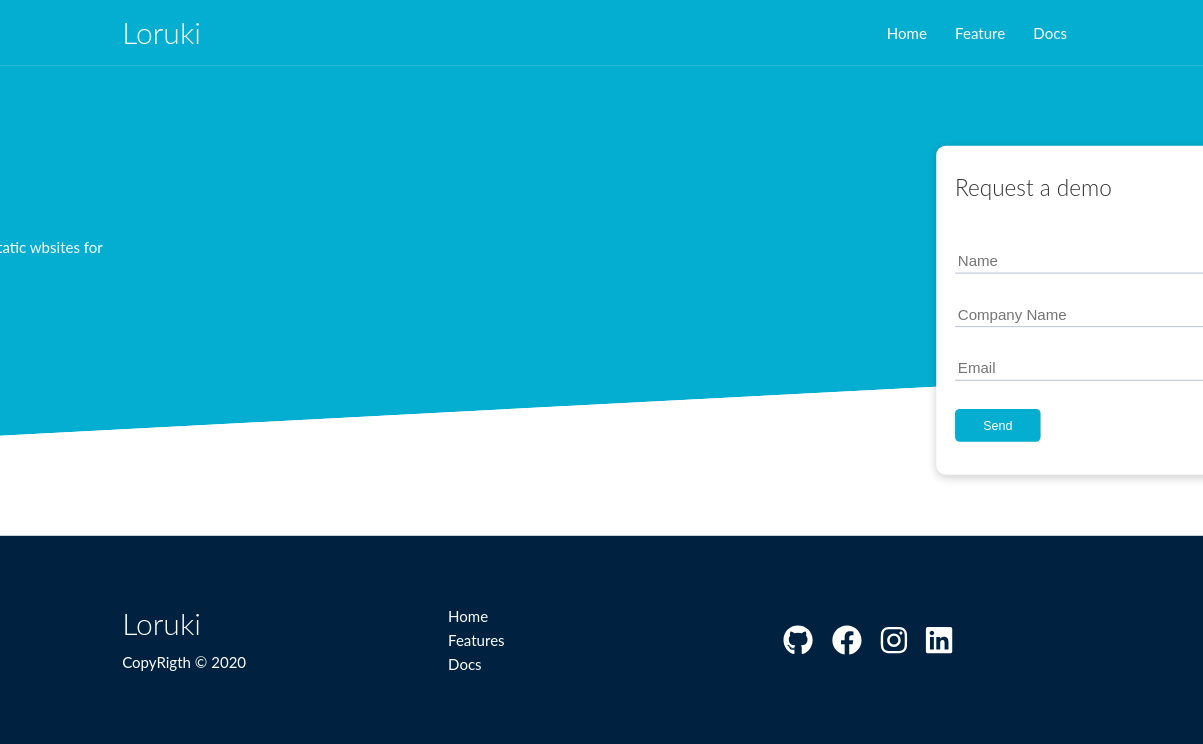
Repository: MosiurRrahman/loruki-app-reactjs
Page: /
The author's editor kept a copy of each file at every save. The page is drawn from the files as they stood at one save, then again after the next save.
The browser window is 1280 px wide. The pictures show the whole page, at 94% of full size.
The project was rebuilt for these pictures with package versions that can differ from the ones it lists, and the page was loaded fresh each time. Also part of the build but not shown: src/components/app.jsx.

Above is the page before, as saved 2021-10-05 16:56:23.

After the next save:
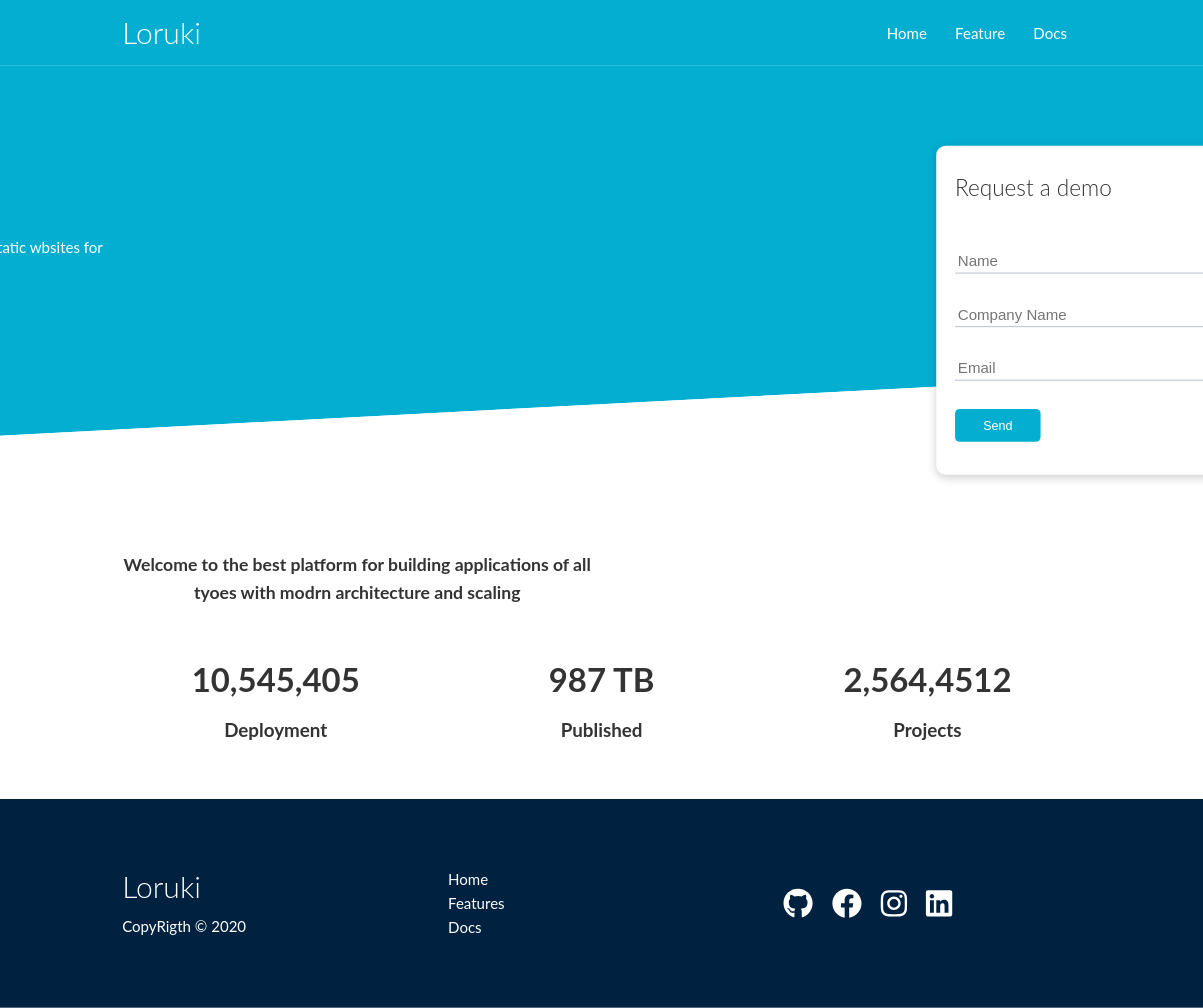
Saved 113 s later.
--- a/src/components/pages/home/Status.js
+++ b/src/components/pages/home/Status.js
@@ -5,7 +5,26 @@ class Status extends Component {
         return (
             <section className="stats">
                 <div className="container">
-
+                <h3 className="stats-heading text-center my-1">
+                Welcome to the best platform for building applications of all tyoes with modrn architecture and scaling
+            </h3>
+            <div className="grid grid-3 text-center my-4">
+                <div>
+                    <i className="fas fa-server fa-3x"></i>
+                    <h3>10,545,405</h3>
+                    <p className="text-seconday">Deployment</p>
+                </div>
+                <div>
+                    <i className="fas fa-upload fa-3x"></i>
+                    <h3>987 TB</h3>
+                    <p className="text-seconday">Published</p>
+                </div>
+                <div>
+                    <i className="fas fa-project-diagram fa-3x"></i>
+                    <h3>2,564,4512</h3>
+                    <p className="text-seconday">Projects</p>
+                </div>
+            </div>
                 </div>
             </section>
         );
